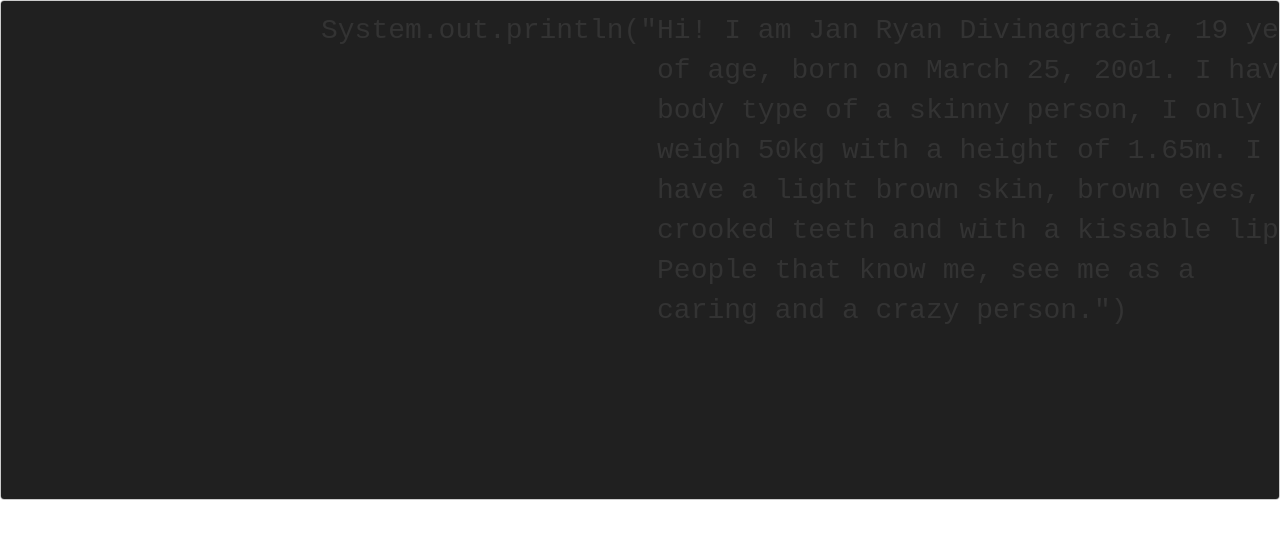
Repository: janry-gracia/Divinagracia_FinalProject
Page: Pages/storyofmylife.html
An editor plug-in stored every save of this project. The page is shown before and after a run of saves, followed by the edit.
The browser window is 1280 px wide. The pictures show the whole page.

Above is the page before, as saved 2021-05-17 23:04:34.
Console error: TypeError: Cannot read properties of null (reading 'addEventListener')

After the next 2 saves:
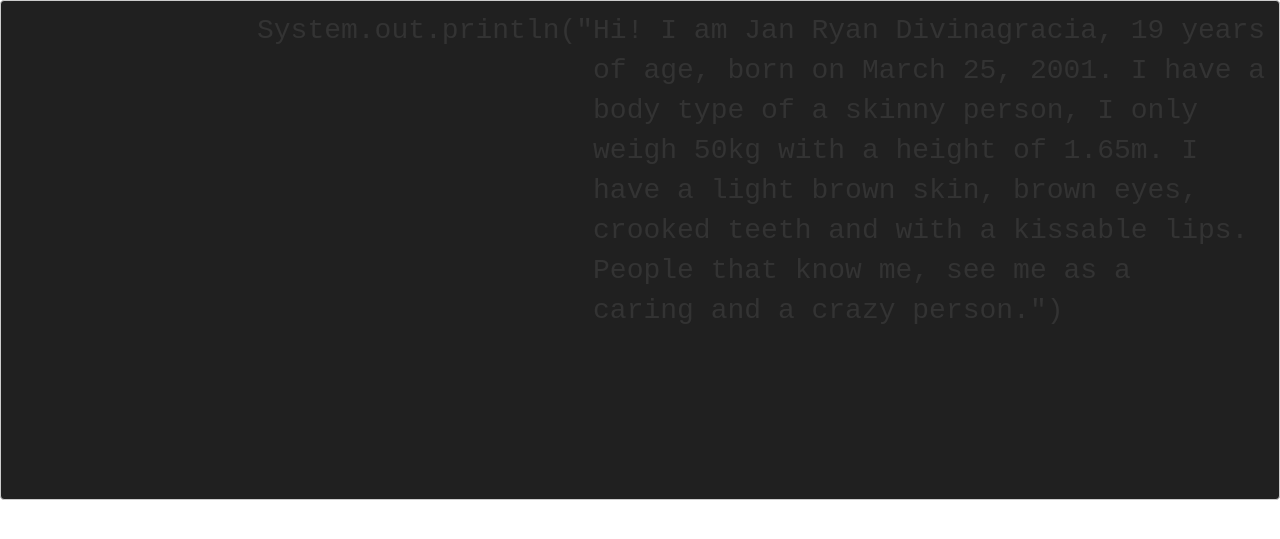
The 2 saves are shown as one change because they came seconds apart.
The last was saved 7 s later.
--- a/css/storyofmylife.css
+++ b/css/storyofmylife.css
@@ -20,7 +20,7 @@ html, body{
 }
 
 .message{
-    padding-left: 25%;
+    padding-left: 20%;
     height: 500px;
     background-color: rgb(32, 32, 32);
     font-family: 'Fire Code', monospace;
